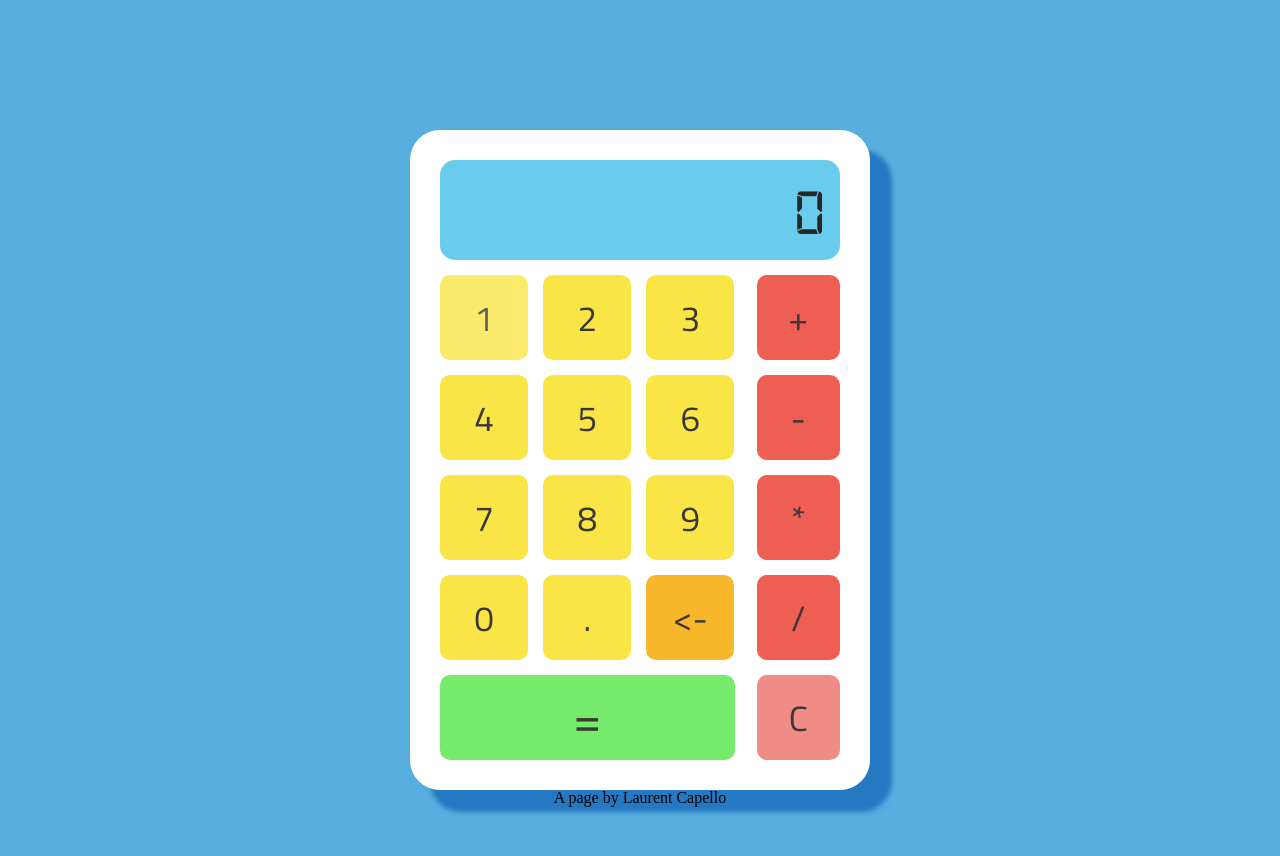
Repository: sokafootball/js-calculator
Page: index.html
These files come from the project's save history. The page is drawn as it stood at one moment and after the next save; the edit follows.
The browser window is 1280 px wide. The pictures show the whole page.
The pointer rests on the first visible `.button`.

Above is the page before, as saved 2020-05-07 19:17:05.

After the next save:
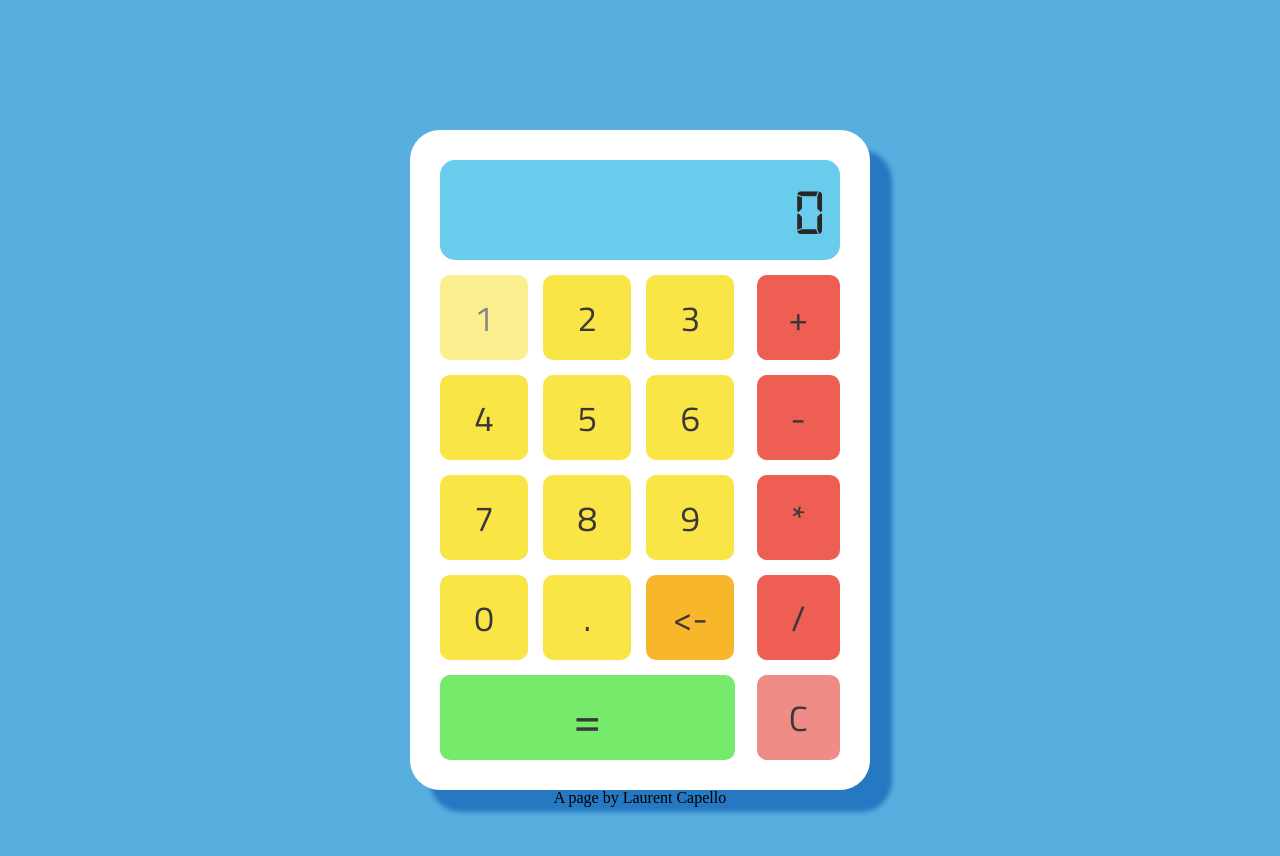
Saved 9 s later.
--- a/style.css
+++ b/style.css
@@ -115,7 +115,7 @@ button{
 }
 
 .button:hover {
-  opacity: 80%;
+  opacity: 60%;
 
 @keyframes display-full{
   0% {border: 1px solid black;}
